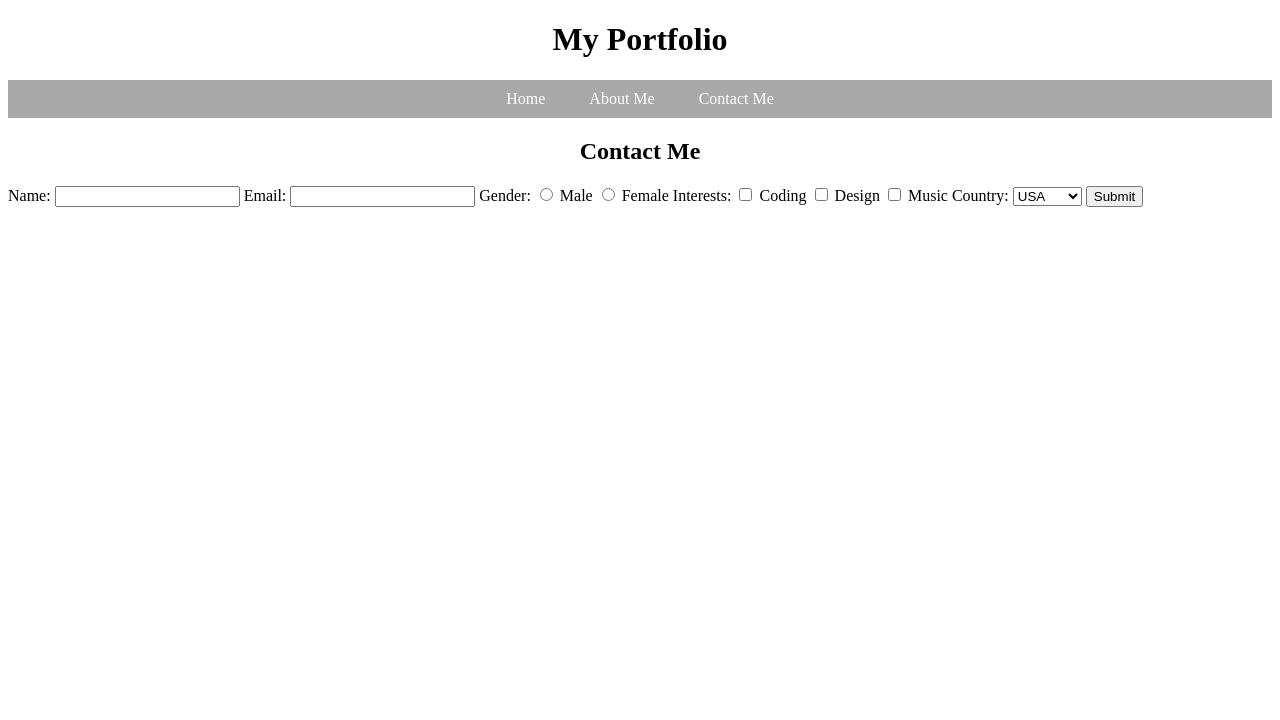
Repository: harshitanthal1/my_portfolio
Page: contactme.html
An editor plug-in stored every save of this project. The page is shown before and after the next save, followed by the edit.
The browser window is 1280 px wide. The pictures show the whole page.

Above is the page before, as saved 2024-02-04 11:09:58.

After the next save:
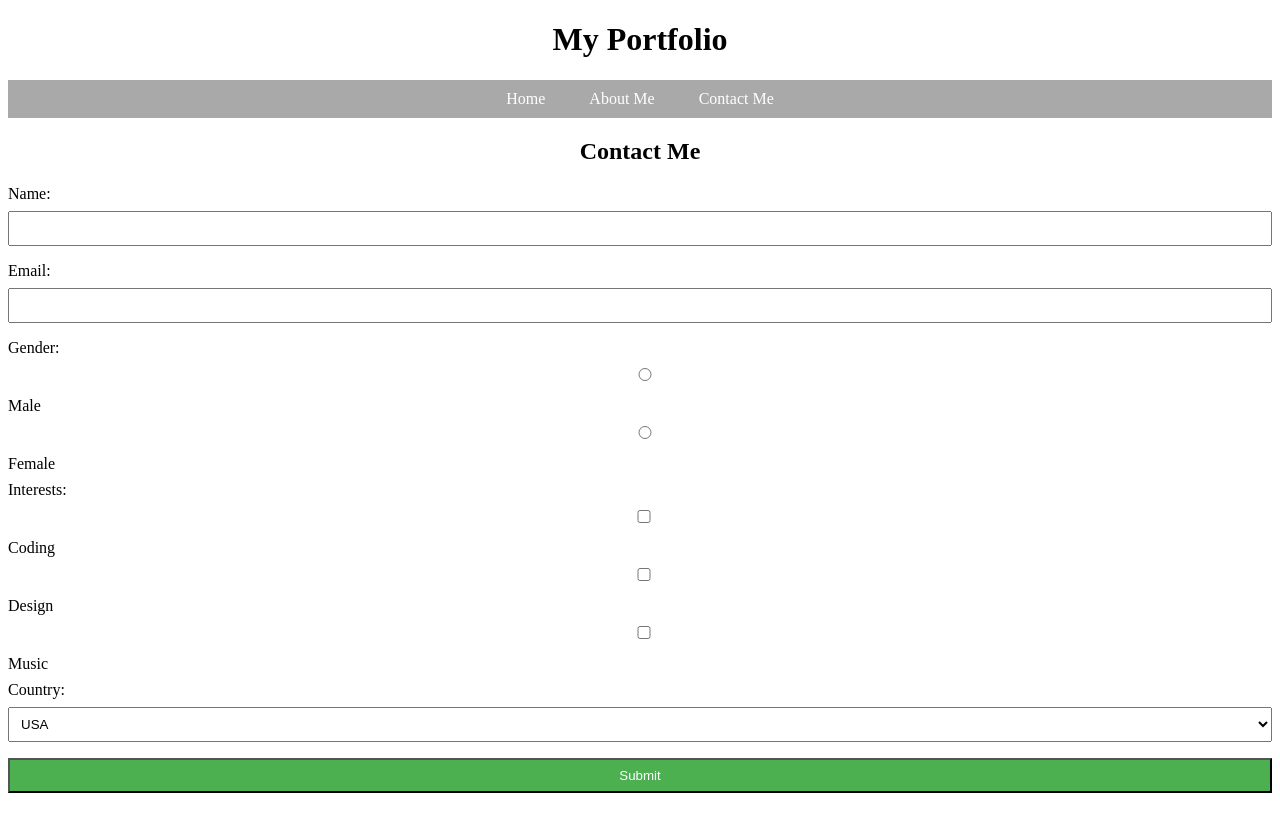
Saved 28 s later.
--- a/styles/styles.css
+++ b/styles/styles.css
@@ -71,3 +71,26 @@ img {
 h2 {
     text-align: center;
 }
+
+label {
+    display: block;
+    margin-bottom: 8px;
+  }
+
+  input,
+  select {
+    width: 100%;
+    padding: 8px;
+    margin-bottom: 16px;
+    box-sizing: border-box;
+  }
+
+  input[type="submit"] {
+    background-color: #4CAF50;
+    color: white;
+    cursor: pointer;
+  }
+
+  input[type="submit"]:hover {
+    background-color: #45a049;
+  }

After the save that followed:
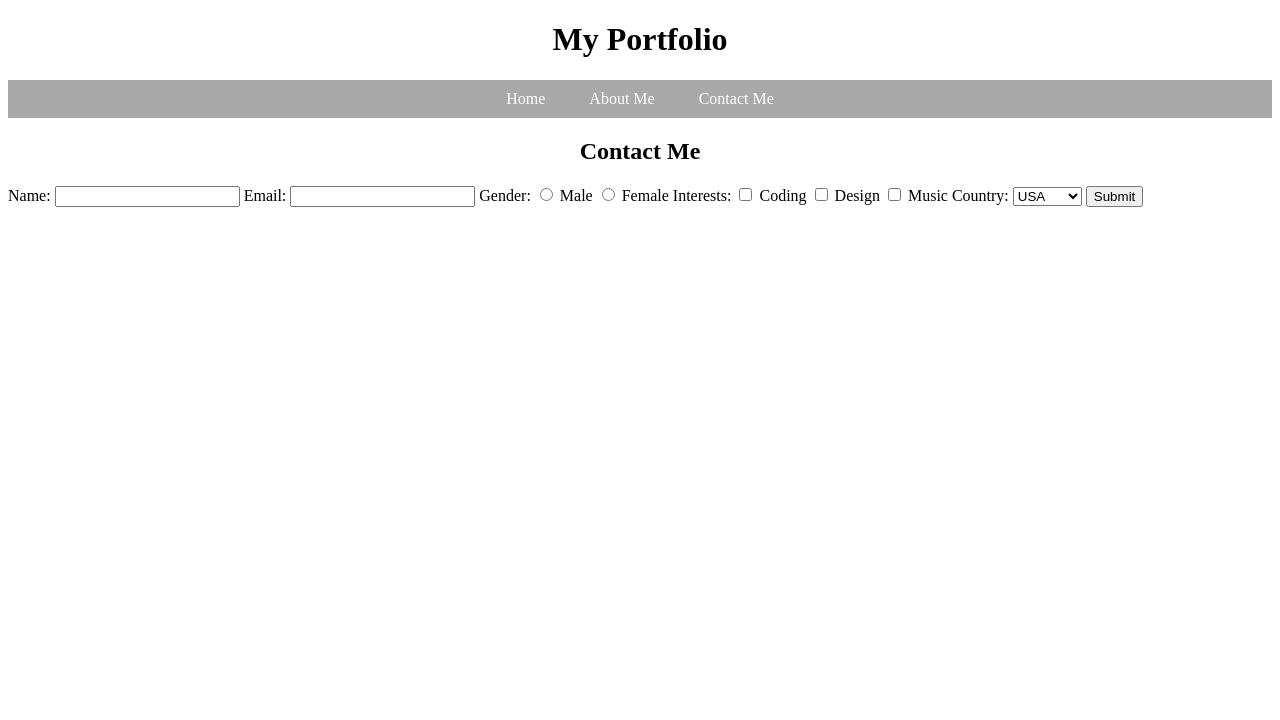
Saved 58 s later.
--- a/styles/styles.css
+++ b/styles/styles.css
@@ -71,26 +71,3 @@ img {
 h2 {
     text-align: center;
 }
-
-label {
-    display: block;
-    margin-bottom: 8px;
-  }
-
-  input,
-  select {
-    width: 100%;
-    padding: 8px;
-    margin-bottom: 16px;
-    box-sizing: border-box;
-  }
-
-  input[type="submit"] {
-    background-color: #4CAF50;
-    color: white;
-    cursor: pointer;
-  }
-
-  input[type="submit"]:hover {
-    background-color: #45a049;
-  }
